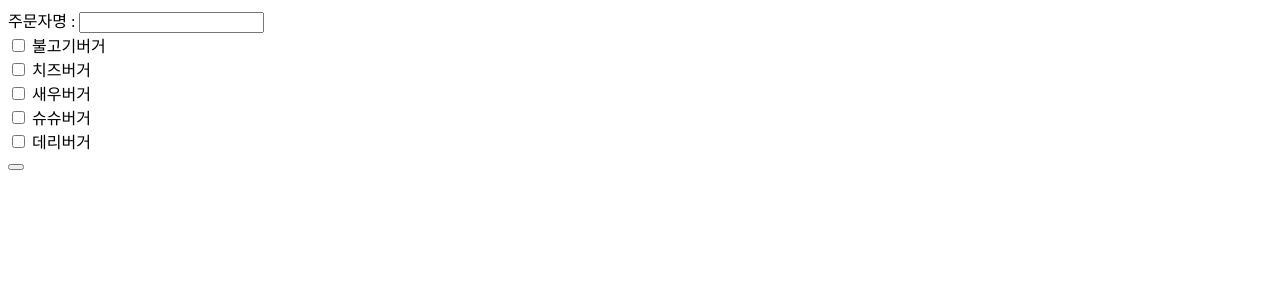
Repository: gajami-kim/240430_JSPJSTL_Study
Page: http://localhost/jstl_study/step-6.jsp
The author's editor kept a copy of each file at every save. The page is drawn from the files as they stood at one save, then again after the next save.
The browser window is 1280 px wide. The pictures show the whole page.
The page is served by Tomcat 9. Other server files are loaded and not shown.

Above is the page before, as saved 2024-04-11 04:10:01.

### _jspl_workspace/jstl_study/src/main/webapp/step-6.jsp
<%@ page language="java" contentType="text/html; charset=UTF-8"
    pageEncoding="UTF-8"%>
<!DOCTYPE html>
<html>
<head>
<meta charset="UTF-8">
<title>Insert title here</title>
</head>
<body>
	<!-- 메뉴판 체크박스 형태로 만들어서 step-7.jsp로 전송 -->
	<!-- step-7.jsp에서 주문자명 어떤 메뉴를 주문했는지 출력 -->
	<form action="step-7.jsp">
		주문자명 : <input type="text" name="customer"> <br>
		<input type="checkbox" name="food" value="불고기버거"> 불고기버거 <br>
		<input type="checkbox" name="food" value="치즈버거"> 치즈버거 <br>
		<input type="checkbox" name="food" value="새우버거"> 새우버거 <br>
		<input type="checkbox" name="food" value="슈슈버거"> 슈슈버거 <br>
		<input type="checkbox" name="food" value="데리버거"> 데리버거 <br>
		<button type="submit"></button>
	</form>
</body>
</html>

After the next save:
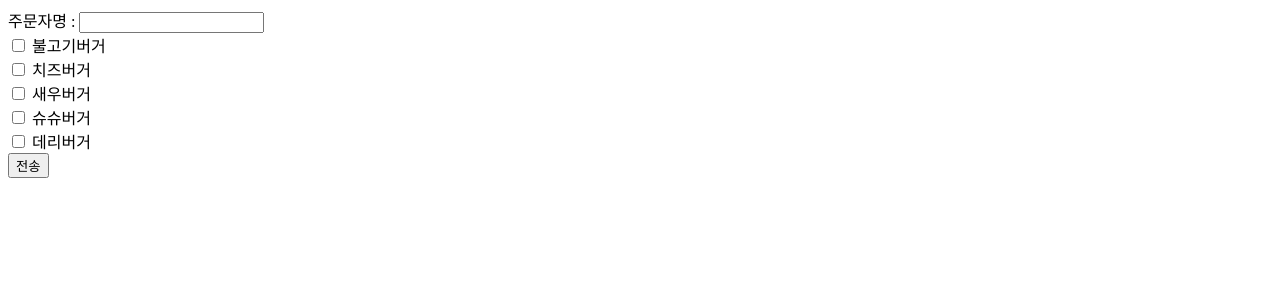
Saved 21 s later.
--- a/_jspl_workspace/jstl_study/src/main/webapp/step-6.jsp
+++ b/_jspl_workspace/jstl_study/src/main/webapp/step-6.jsp
@@ -11,12 +11,12 @@
 	<!-- step-7.jsp에서 주문자명 어떤 메뉴를 주문했는지 출력 -->
 	<form action="step-7.jsp">
 		주문자명 : <input type="text" name="customer"> <br>
-		<input type="checkbox" name="food" value="불고기버거"> 불고기버거 <br>
-		<input type="checkbox" name="food" value="치즈버거"> 치즈버거 <br>
-		<input type="checkbox" name="food" value="새우버거"> 새우버거 <br>
-		<input type="checkbox" name="food" value="슈슈버거"> 슈슈버거 <br>
-		<input type="checkbox" name="food" value="데리버거"> 데리버거 <br>
-		<button type="submit"></button>
+		<input type="checkbox" name="burger" value="불고기버거"> 불고기버거 <br>
+		<input type="checkbox" name="burger" value="치즈버거"> 치즈버거 <br>
+		<input type="checkbox" name="burger" value="새우버거"> 새우버거 <br>
+		<input type="checkbox" name="burger" value="슈슈버거"> 슈슈버거 <br>
+		<input type="checkbox" name="burger" value="데리버거"> 데리버거 <br>
+		<button type="submit">전송</button>
 	</form>
 </body>
 </html>
